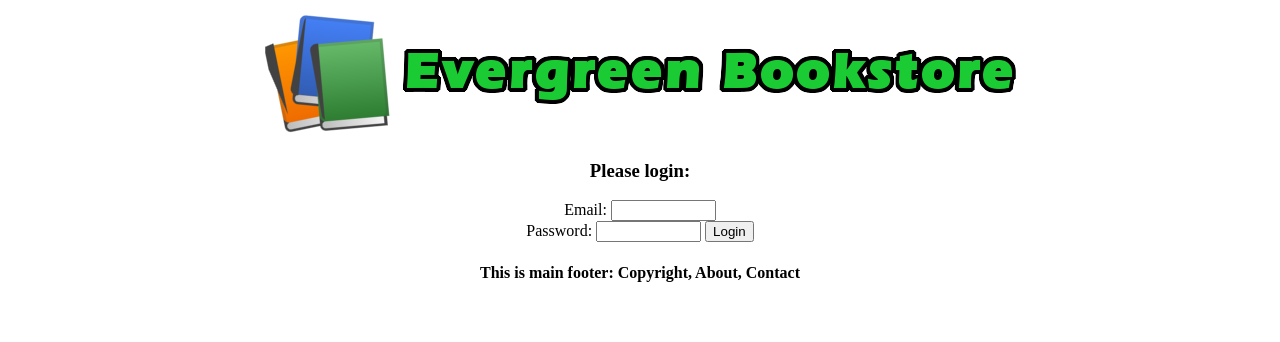
Repository: JadeWensyl/BookStoreProject
Page: http://localhost/BookStoreWebsite/frontend/login.jsp
These files come from the project's save history. The page is drawn as it stood at one moment and after the next save; the edit follows.
The browser window is 1280 px wide. The pictures show the whole page.
The page is served by Tomcat 9. Other server files are loaded and not shown.

Above is the page before, as saved 2020-01-03 05:16:56.

### BookStoreWebsite/WebContent/frontend/login.jsp
<%@ page language="java" contentType="text/html; charset=ISO-8859-1"
    pageEncoding="ISO-8859-1"%>
<!DOCTYPE html>
<html>
<head>
<meta charset="ISO-8859-1">
<title>Login</title>
</head>
<body>
	<jsp:directive.include file="header.jsp" />

	<div align="center">
		<h3>Please login:</h3>
		<form>
			Email:    <input type="text" size="10"><br/>
			Password: <input type="password" size="10">
			<input type="submit" value="Login">
		</form>

	</div>

	<jsp:directive.include file="footer.jsp" />
</body>
</html>

### BookStoreWebsite/WebContent/frontend/header.jsp
	<div align="center">
		<div>
			<img src="images/BookstoreLogo.png" />
		</div>
	</div>

### BookStoreWebsite/WebContent/frontend/footer.jsp
<div align="center">
		<h4>This is main footer: Copyright, About, Contact</h4>
	</div>

After the next save:
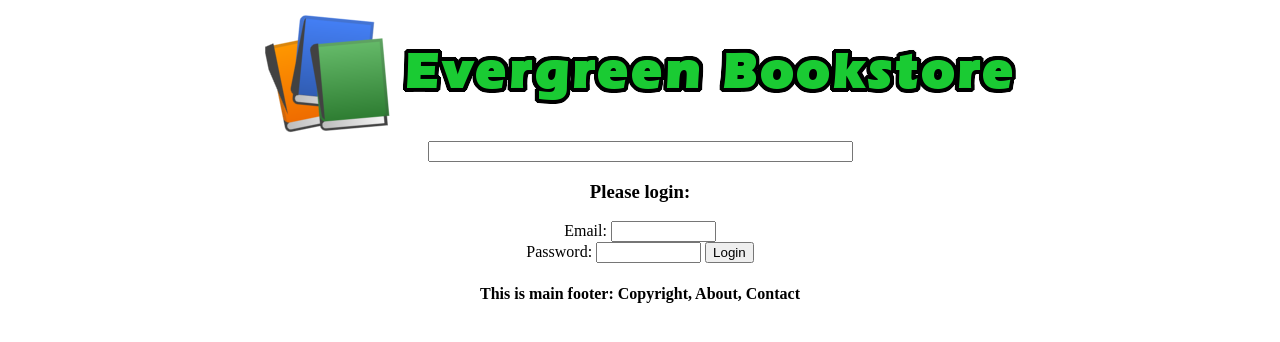
Saved 113 s later.
--- a/BookStoreWebsite/WebContent/frontend/header.jsp
+++ b/BookStoreWebsite/WebContent/frontend/header.jsp
@@ -2,4 +2,8 @@
 		<div>
 			<img src="images/BookstoreLogo.png" />
 		</div>
+		<div>
+			<input type="text" name="keyword" size="50" />
+		</div>
+
 	</div>
